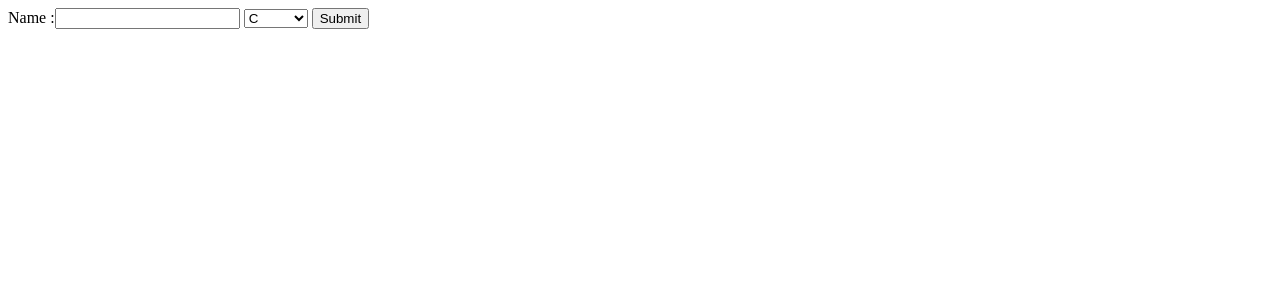
Repository: sushmasetti/Angular1
Page: Eclipse/Test1/WebContent/Language.html
The author's editor kept a copy of each file at every save. The page is drawn from the files as they stood at one save, then again after the next save.
The browser window is 1280 px wide. The pictures show the whole page.

Above is the page before, as saved 2019-08-09 22:47:41.

### Eclipse/Test1/WebContent/Language.html
<!DOCTYPE html>
<html>
<head>
<meta charset="ISO-8859-1">
<title>Insert title here</title>
</head>
<body>
<form action="language.jsp">
Name :<input type ="text" name="name"/>
 <select name="pl">
<option value="C">C</option>
<option value="C++">C++</option>
<option value="Java">Java</option>
<option value="Python">Python</option>
</select>


<input type ="submit"/>
</form>
</body>
</html>

After the next save:
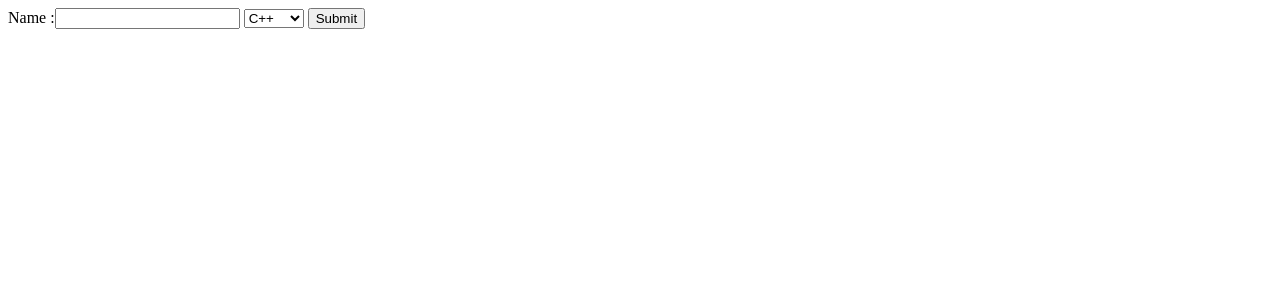
Saved 38 s later.
--- a/Eclipse/Test1/WebContent/Language.html
+++ b/Eclipse/Test1/WebContent/Language.html
@@ -8,10 +8,9 @@
 <form action="language.jsp">
 Name :<input type ="text" name="name"/>
  <select name="pl">
-<option value="C">C</option>
-<option value="C++">C++</option>
-<option value="Java">Java</option>
-<option value="Python">Python</option>
+<option value="c++">C++</option>
+<option value="java">Java</option>
+<option value="others">others</option>
 </select>
 
 
